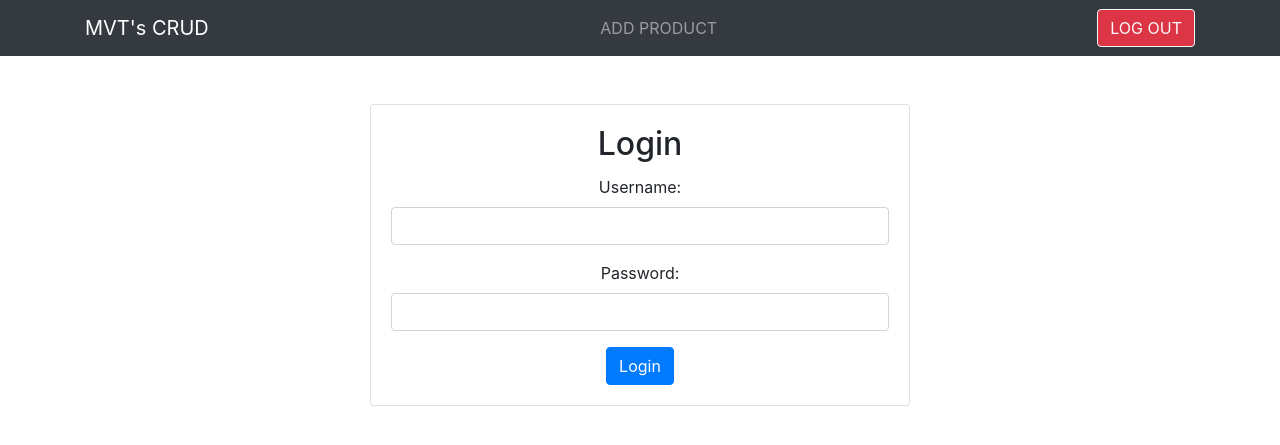
Repository: tammv/crud_product
Page: /
The author's editor kept a copy of each file at every save. The page is drawn from the files as they stood at one save, then again after the next save.
The browser window is 1280 px wide. The pictures show the whole page.
The project was rebuilt for these pictures with package versions that can differ from the ones it lists, and the page was loaded fresh each time. Also part of the build but not shown: src/index.css, src/components/pages/ManageProduct.js, src/components/pages/NotFound.js, src/components/products/UpdateProduct.js, src/components/products/Product.js, src/components/products/AddProduct.js.

Above is the page before, as saved 2023-07-11 02:39:48.

### src/App.js
// // import React, { useState } from "react";
// // import { BrowserRouter as Router, Route, Routes, Outlet } from "react-router-dom";
// // import ManageProduct from "./components/pages/ManageProduct";
// // import Navbar from "./components/layout/Navbar";
// // import NotFound from "./components/pages/NotFound";
// // import UpdateProduct from "./components/products/UpdateProduct";
// // import Product from "./components/products/Product";
// // import AddProduct from "./components/products/AddProduct";
// // import Login from "./components/pages/Login";
// // import "../node_modules/bootstrap/dist/css/bootstrap.css";
// // import "./App.css";

// // function App() {
// //   const [isAuthenticated, setIsAuthenticated] = useState(false);

// //   const handleLogin = () => {
// //     setIsAuthenticated(true);
// //   };

// //   return (
// //     <Router>
// //       <div className="App">
// //         <Navbar />
// //         <Routes>
// //           <Route path="/" element={isAuthenticated ? <Outlet /> : <Login handleLogin={handleLogin} />} />
// //           {isAuthenticated && (
// //             <>
// //               <Route path="/manage-product" element={<ManageProduct />} />
// //               <Route path="/products/add" element={<AddProduct />} />
// //               <Route path="/products/update/:id" element={<UpdateProduct />} />
// //               <Route path="/products/:id" element={<Product />} />
// //             </>
// //           )}
// //           <Route path="*" element={<NotFound />} />
// //         </Routes>
// //       </div>
// //     </Router>
// //   );
// // }

// // export default App;

// import React, { useState } from "react";
// import { BrowserRouter as Router, Route, Routes, Outlet } from "react-router-dom";
// import ManageProduct from "./components/pages/ManageProduct";
// import Navbar from "./components/layout/Navbar";
// import NotFound from "./components/pages/NotFound";
// import UpdateProduct from "./components/products/UpdateProduct";
// import Product from "./components/products/Product";
// import AddProduct from "./components/products/AddProduct";
// import Login from "./components/pages/Login";
// import "../node_modules/bootstrap/dist/css/bootstrap.css";
// import "./App.css";

// function App() {
//   const [isAuthenticated, setIsAuthenticated] = useState(false);

//   const handleLogin = () => {
//     setIsAuthenticated(true);
//   };

//   return (
//     <Router>
//       <div className="App">
//         {isAuthenticated && <Navbar />} {/* Navbar chỉ được hiển thị khi đã đăng nhập */}
//         <Routes>
//           <Route path="/" element={isAuthenticated ? <Outlet /> : <Login handleLogin={handleLogin} />} />
//           {isAuthenticated && (
//             <>
//               <Route path="/manage-product" element={<ManageProduct />} />
//               <Route path="/products/add" element={<AddProduct />} />
//               <Route path="/products/update/:id" element={<UpdateProduct />} />
//               <Route path="/products/:id" element={<Product />} />
//             </>
//           )}
//           <Route path="*" element={<NotFound />} />
//         </Routes>
//       </div>
//     </Router>
//   );
// }

// export default App;

import React, { useState } from "react";
import { BrowserRouter as Router, Route, Routes, Outlet } from "react-router-dom";
import ManageProduct from "./components/pages/ManageProduct";
import Navbar from "./components/layout/Navbar";
import NotFound from "./components/pages/NotFound";
import UpdateProduct from "./components/products/UpdateProduct";
import Product from "./components/products/Product";
import AddProduct from "./components/products/AddProduct";
import Login from "./components/pages/Login";
import "../node_modules/bootstrap/dist/css/bootstrap.css";
import "./App.css";

function App() {
  const [isAuthenticated, setIsAuthenticated] = useState(false);

  const handleLogin = () => {
    setIsAuthenticated(true);
  };

  return (
    <Router>
      <div className="App">
        <Navbar />
        <Routes>
          <Route path="/" element={isAuthenticated ? <Outlet /> : <Login handleLogin={handleLogin} />} />
          {isAuthenticated ? (
            <>
              <Route path="/manage-product" element={<ManageProduct />} />
              <Route path="/products/add" element={<AddProduct />} />
              <Route path="/products/update/:id" element={<UpdateProduct />} />
              <Route path="/products/:id" element={<Product />} />
            </>
          ) : (
            <Route path="/*" element={<Login handleLogin={handleLogin} />} />
          )}
          <Route path="*" element={<NotFound />} />
        </Routes>
      </div>
    </Router>
  );
}

export default App;

### src/components/layout/Navbar.js
import React from "react";
import { Link, NavLink, useNavigate } from "react-router-dom";

const Navbar = () => {
  const navigate = useNavigate();

  const handleLogout = () => {
    // Perform logout logic here
    navigate("/"); // Redirect to the login page
    window.location.reload(); // Reload the page
  };

  return (
    <nav className="navbar navbar-expand-lg navbar-dark bg-dark">
      <div className="container">
        <Link className="navbar-brand" to="/manage-product">
          MVT's CRUD
        </Link>
        <button
          className="navbar-toggler"
          type="button"
          data-toggle="collapse"
          data-target="#navbarSupportedContent"
          aria-controls="navbarSupportedContent"
          aria-expanded="false"
          aria-label="Toggle navigation"
        >
          <span className="navbar-toggler-icon"></span>
        </button>
        {/* <div className="collapse navbar-collapse">
          <ul className="navbar-nav mr-auto">
            <li className="nav-item ">
              <NavLink className="nav-link" exact to="/manage-product">
                Home
              </NavLink>
            </li>
          </ul>
        </div> */}
        <div className="collapse navbar-collapse">
          <ul className="navbar-nav mr-auto ml-auto">
            <li className="nav-item ">
              <NavLink className="nav-link" exact to="/manage-product">
                ADD PRODUCT
              </NavLink>
            </li>
          </ul>
        </div>
        &nbsp;
        <button className="btn btn-outline-light btn-danger" onClick={handleLogout}>
          LOG OUT
        </button>
      </div>
    </nav>
  );
};

export default Navbar;

### src/components/pages/Login.js
import React, { useState } from "react";
import { useNavigate } from "react-router-dom";

const Login = ({ handleLogin }) => {
  const navigate = useNavigate();
  const [credentials, setCredentials] = useState({ username: "", password: "" });
  const [errors, setErrors] = useState({ username: "", password: "" });

  const handleInputChange = (e) => {
    setCredentials({ ...credentials, [e.target.name]: e.target.value });
  };

  const handleBlur = (e) => {
    const { name, value } = e.target;
    validateField(name, value);
  };

  const validateField = (name, value) => {
    if (!value) {
      setErrors({ ...errors, [name]: "This field is required" });
    } else {
      setErrors({ ...errors, [name]: "" });
    }
  };

  const handleLoginSubmit = async () => {
    const { username, password } = credentials;

    if (!username || !password) {
      setErrors({
        username: username ? "" : "This field is required",
        password: password ? "" : "This field is required",
      });
      return;
    }

    try {
      // Perform authentication logic
      const isAuthenticated = true; // Replace with your authentication logic

      if (isAuthenticated) {
        handleLogin(); // Call the handleLogin function passed from App component
        navigate("/manage-product"); // Navigate to the manage product page
      } else {
        setErrors({ ...errors, username: "", password: "Invalid username or password" });
      }
    } catch (error) {
      console.error(error);
      setErrors({ ...errors, username: "", password: "An error occurred while logging in" });
    }
  };

  return (
    <div className="container">
      <div className="row justify-content-center mt-5">
        <div className="col-md-6">
          <div className="card">
            <div className="card-body">
              <h2 className="card-title">Login</h2>
              <form>
                <div className="form-group">
                  <label htmlFor="username">Username:</label>
                  <input
                    type="text"
                    className={`form-control ${errors.username && "is-invalid"}`}
                    id="username"
                    name="username"
                    value={credentials.username}
                    onChange={handleInputChange}
                    onBlur={handleBlur}
                  />
                  {errors.username && <div className="invalid-feedback">{errors.username}</div>}
                </div>
                <div className="form-group">
                  <label htmlFor="password">Password:</label>
                  <input
                    type="password"
                    className={`form-control ${errors.password && "is-invalid"}`}
                    id="password"
                    name="password"
                    value={credentials.password}
                    onChange={handleInputChange}
                    onBlur={handleBlur}
                  />
                  {errors.password && <div className="invalid-feedback">{errors.password}</div>}
                </div>
                <button type="button" className="btn btn-primary" onClick={handleLoginSubmit}>
                  Login
                </button>
              </form>
            </div>
          </div>
        </div>
      </div>
    </div>
  );
};

export default Login;

Loaded but not shown: public/index.html (common file); src/index.js (common file); src/reportWebVitals.js (common file); src/App.css (common file)

After the next save:
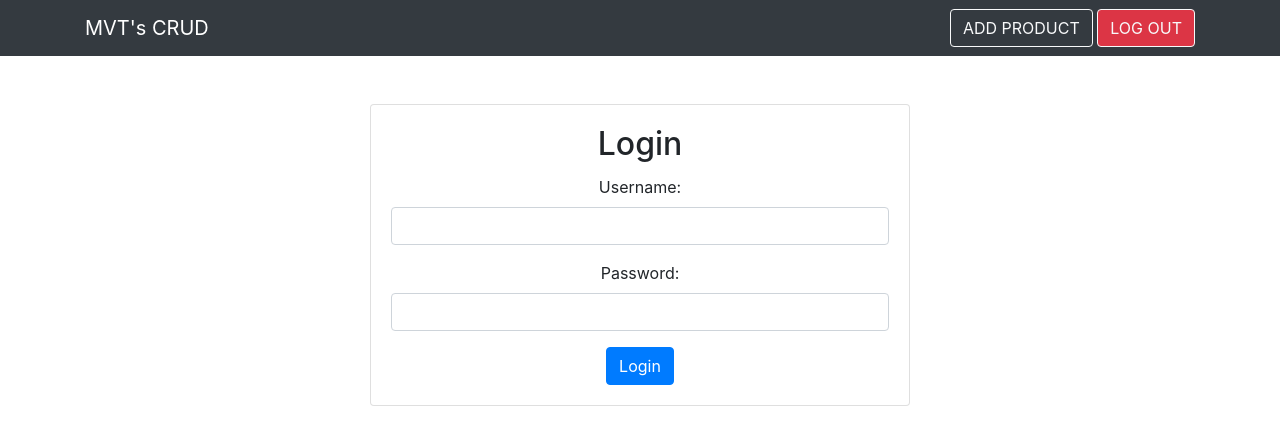
Saved 84 s later.
--- a/src/components/layout/Navbar.js
+++ b/src/components/layout/Navbar.js
@@ -37,11 +37,13 @@ const Navbar = () => {
           </ul>
         </div> */}
         <div className="collapse navbar-collapse">
-          <ul className="navbar-nav mr-auto ml-auto">
-            <li className="nav-item ">
-              <NavLink className="nav-link" exact to="/manage-product">
-                ADD PRODUCT
-              </NavLink>
+          <ul className="navbar-nav ml-auto">
+            <li className="nav-item">
+              <button className="btn btn-outline-light">
+                <Link to="/products/add" className="text-light">
+                  ADD PRODUCT
+                </Link>
+              </button>
             </li>
           </ul>
         </div>
